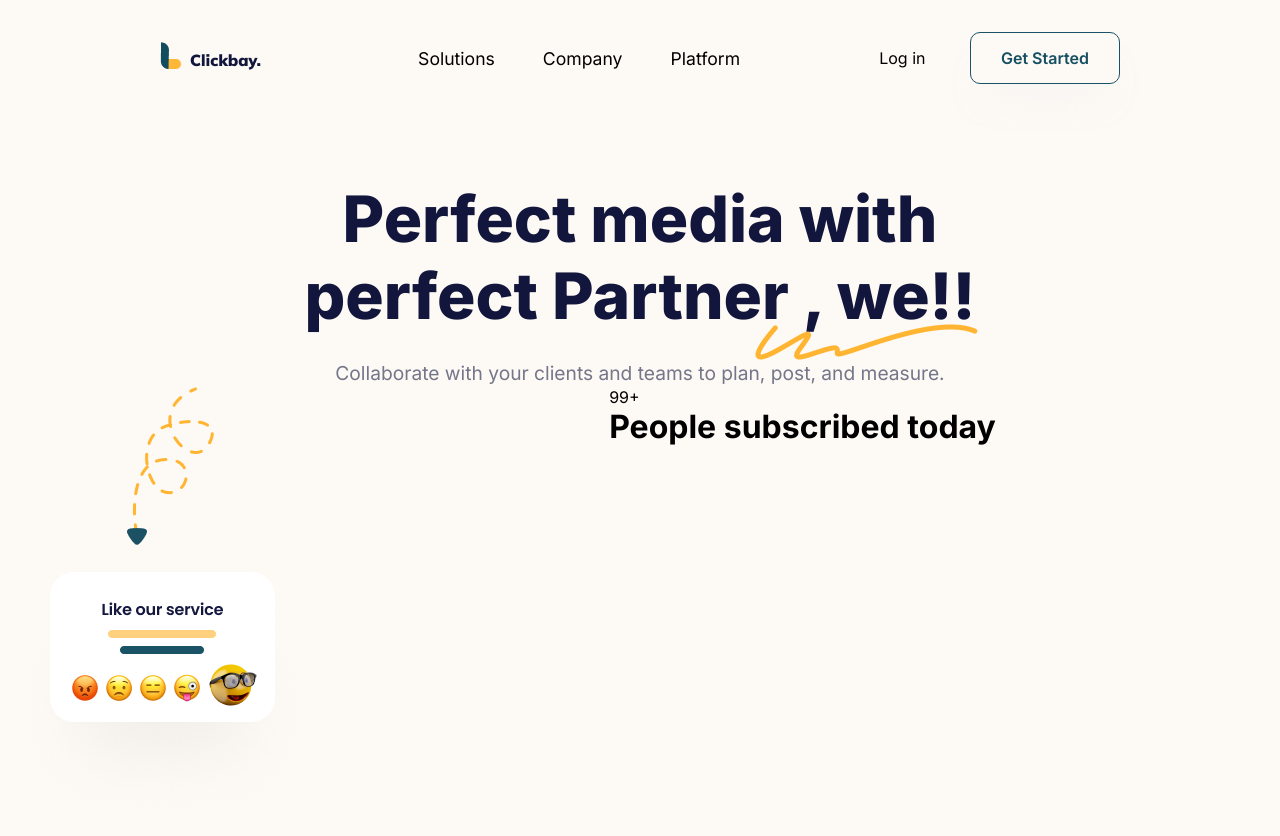
Repository: badhon252/Clickbay
Page: index.html
These files come from the project's save history. The page is drawn as it stood at one moment and after the next save; the edit follows.
The browser window is 1280 px wide. The pictures show the whole page.
The style sheet was rebuilt from its Sass, Less or Tailwind sources for each picture, by a compiler version that may differ from the author's.

Above is the page before, as saved 2022-09-04 02:16:28.

### index.html
<!DOCTYPE html>
<html lang="en">

<head>
    <meta charset="UTF-8">
    <meta http-equiv="X-UA-Compatible" content="IE=edge">
    <meta name="viewport" content="width=device-width, initial-scale=1.0">
    <link rel="stylesheet" href="./scss/style.css">
    <title>Document</title>
</head>

<body>
    <header class="">
        <nav class="navbar container">
            <div class="navbar_brand">
                <img src="./images/logo.png" alt="Image not found!">
            </div>

            <ul class="nav">
                <li class="nav-items"><a href="" class="nav-links">Solutions</a></li>
                <li class="nav-items"><a href="" class="nav-links">Company</a></li>
                <li class="nav-items"><a href="" class="nav-links">Platform</a></li>
            </ul>

            <div class="nav-btns">
                <button class="btn nav-log">Log in</button>
                <button class="btn nav-start">Get Started</button>
            </div>
        </nav>

        <div class="header-content">
            <h1 class="h1 my-4 text-center">
                Perfect media with <br> perfect Partner , we!!
            </h1>
            <img src="./images/Vector 735.png" alt="" class="signature text-center">
            <p class="text-center">Collaborate with your clients and teams to plan, post, and measure.</p>

            <div class="company-stat">
                <div class="row">
                    <div class="col-md-4">
                        <img src="./images/Group 689.png" alt="">
                    </div>
                    <div class="col-md-4">
                        <span class="followers">99+</span>
                        <h1>People subscribed today</h1>
                    </div>
                    <div class="col-md-4"></div>
                </div>
            </div>

        </div>

    </header>
</body>

</html>

### scss/style.scss
@import url("https://fonts.googleapis.com/css2?family=Inter:wght@400;600;700;800;900&display=swap");
* {
  margin: 0;
  padding: 0;
  box-sizing: border-box;
  font-family: "Inter", sans-serif;
  // font-family: 'Poppins';
}
.container {
  margin: 0 10rem;
}
.btn {
  outline: none;
  border: none;
  padding: 15px 30px;
  font-size: 1rem;
  background-color: transparent;
}
.h1 {
  font-size: 4rem;
}
.text-center {
  text-align: center;
}
// margin
.my-1 {
  margin: 1rem 0;
}
.my-2 {
  margin: 2rem 0;
}
.my-3 {
  margin: 3rem 0;
}
.my-4 {
  margin: 4rem 0;
}
.my-5 {
  margin: 5rem 0;
}

// grid system using flex
.row {
  display: flex;
  justify-content: space-between;
}
//==============================
//===================
//==============================
header {
  background-color: #fdf9f4;
  min-height: 100vh;
  .navbar {
    color: #282b4d;
    padding: 2rem 0;
    display: flex;
    justify-content: space-between;
    align-items: center;
    font-weight: 500;
    .nav {
      display: flex;
      .nav-items {
        margin-left: 3rem;
        list-style-type: none;
        .nav-links {
          text-decoration: none;
          color: black;
          font-size: 1.1rem;
          font-weight: 500;
        }
      }
    }

    .nav-start {
      border: 1px solid #1a5365;
      box-shadow: 0px 25px 35px -20px rgba(232, 236, 243, 0.5);
      border-radius: 10px;
      color: #154f61;
      font-weight: 600;
      margin-left: 10px;
    }
  }

  .h1 {
    font-weight: 800;
    margin-bottom: -0.6rem;
    color: #12163c;
  }
  .signature {
    display: block;
    margin: 0 auto;
    transform: translateX(226px);
  }
  p {
    font-size: 1.2rem;
    font-weight: 500;
    line-height: 27px;
    color: #12163c94;
  }
}

After the next save:
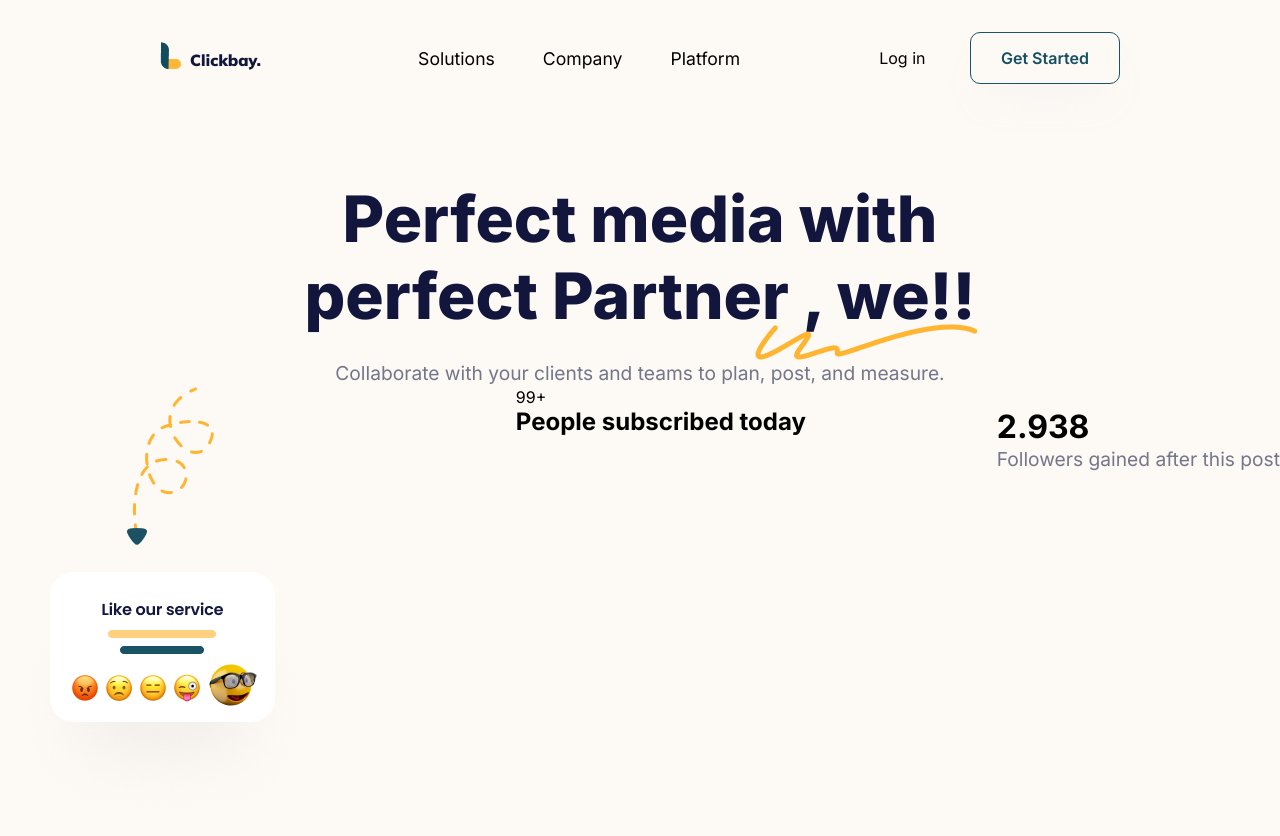
Saved 111 s later.
--- a/index.html
+++ b/index.html
@@ -41,10 +41,16 @@
                         <img src="./images/Group 689.png" alt="">
                     </div>
                     <div class="col-md-4">
-                        <span class="followers">99+</span>
-                        <h1>People subscribed today</h1>
+                        <span class="subscriber">99+</span>
+                        <h2>People subscribed today</h2>
                     </div>
-                    <div class="col-md-4"></div>
+                    <div class="col-md-4 follower">
+                        <img src="" alt="">
+                        <div>
+                            <h1>2.938</h1>
+                            <p>Followers gained after this post</p>
+                        </div>
+                    </div>
                 </div>
             </div>
 
